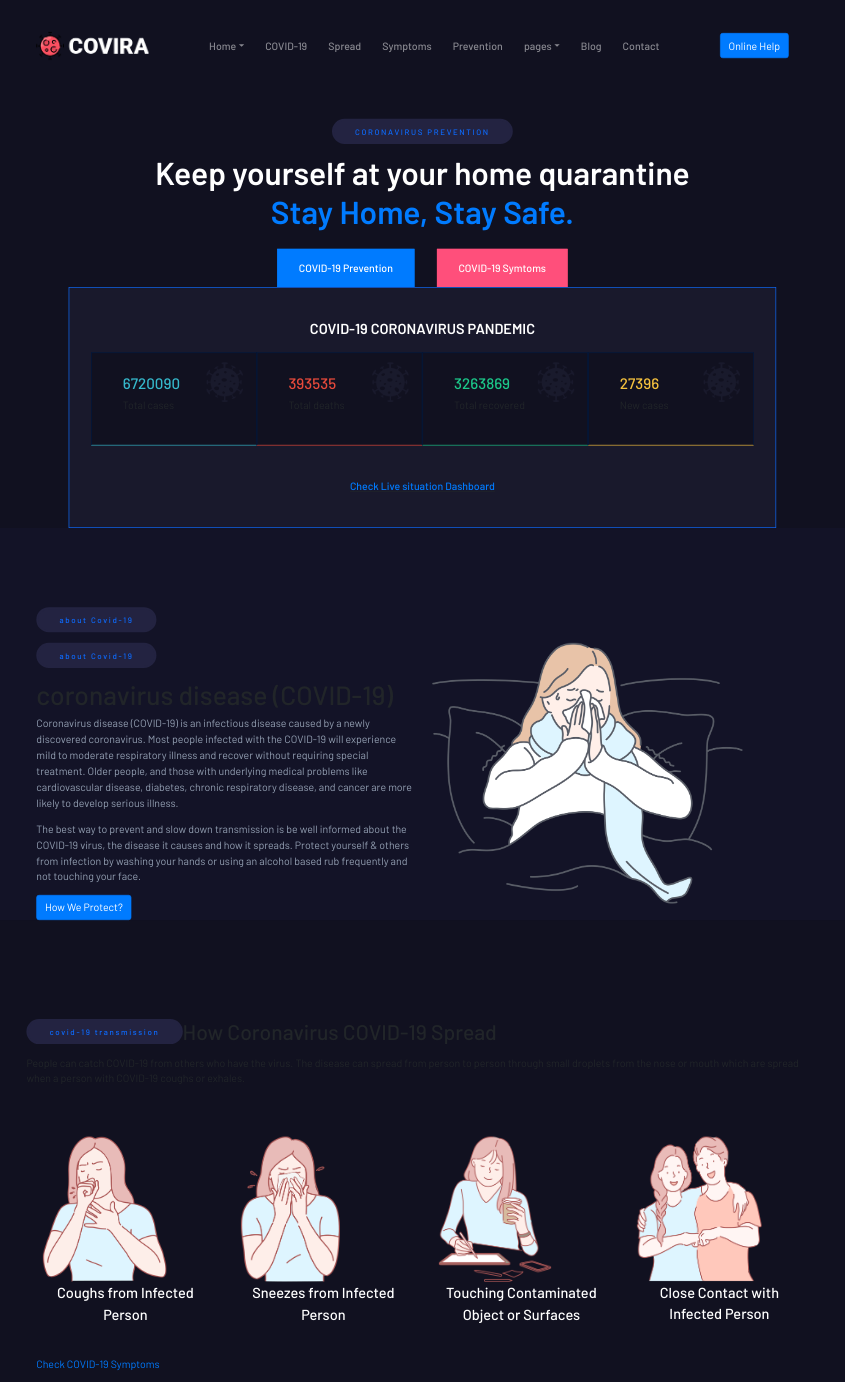
Repository: sitikhusushan/corona_updates
Page: index.html
The author's editor kept a copy of each file at every save. The page is drawn from the files as they stood at one save, then again after the next save.
The browser window is 1280 px wide. The pictures show the whole page, at 66% of full size.

Above is the page before, as saved 2020-06-08 01:06:27.

After the next save:
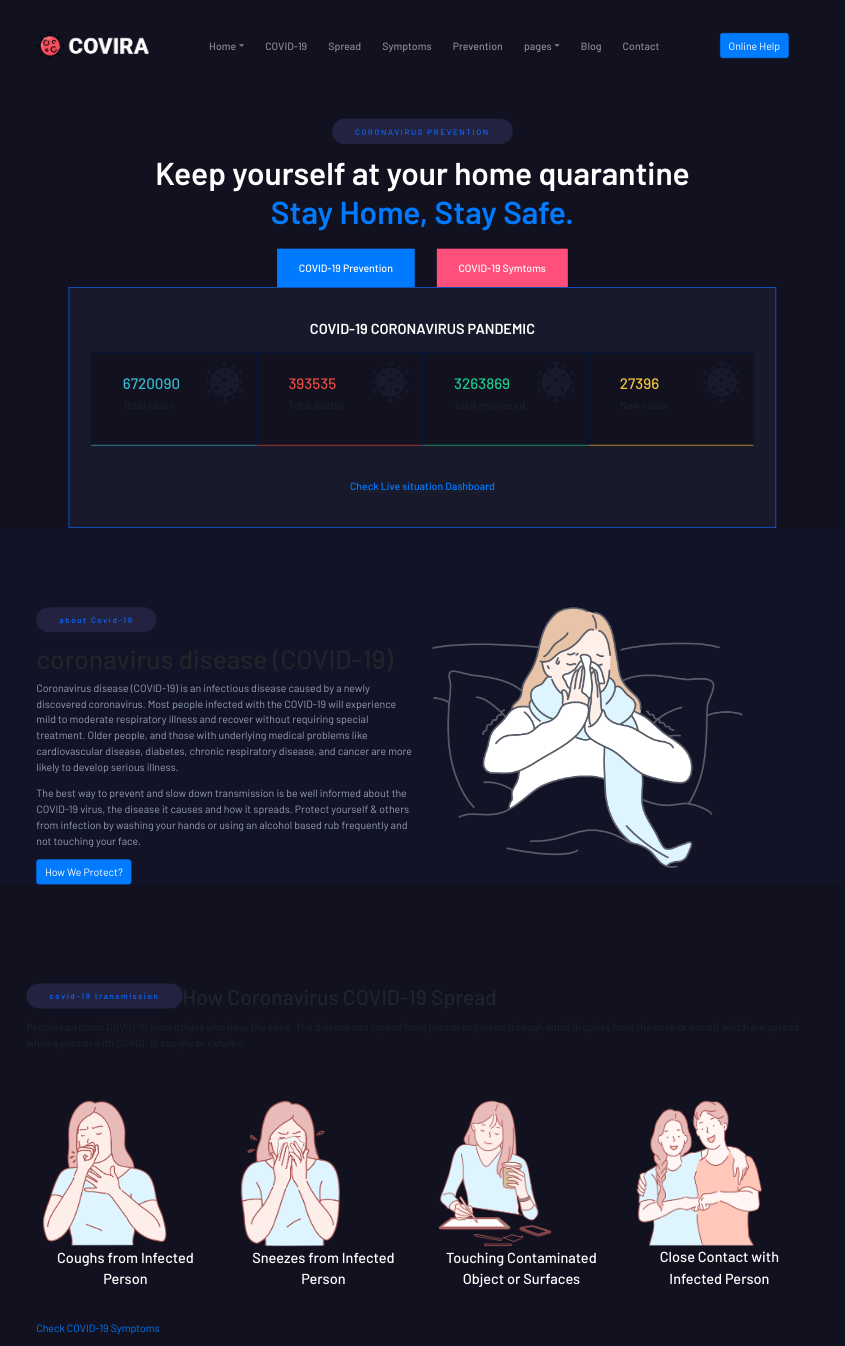
Saved 8 s later.
--- a/index.html
+++ b/index.html
@@ -208,7 +208,6 @@
     </div>
     <div class="about">
       <div class="container">
-        <h3>about Covid-19</h3>
         <div class="row">
           <div class="col-md-6 sick">
             <h3>about Covid-19</h3>
